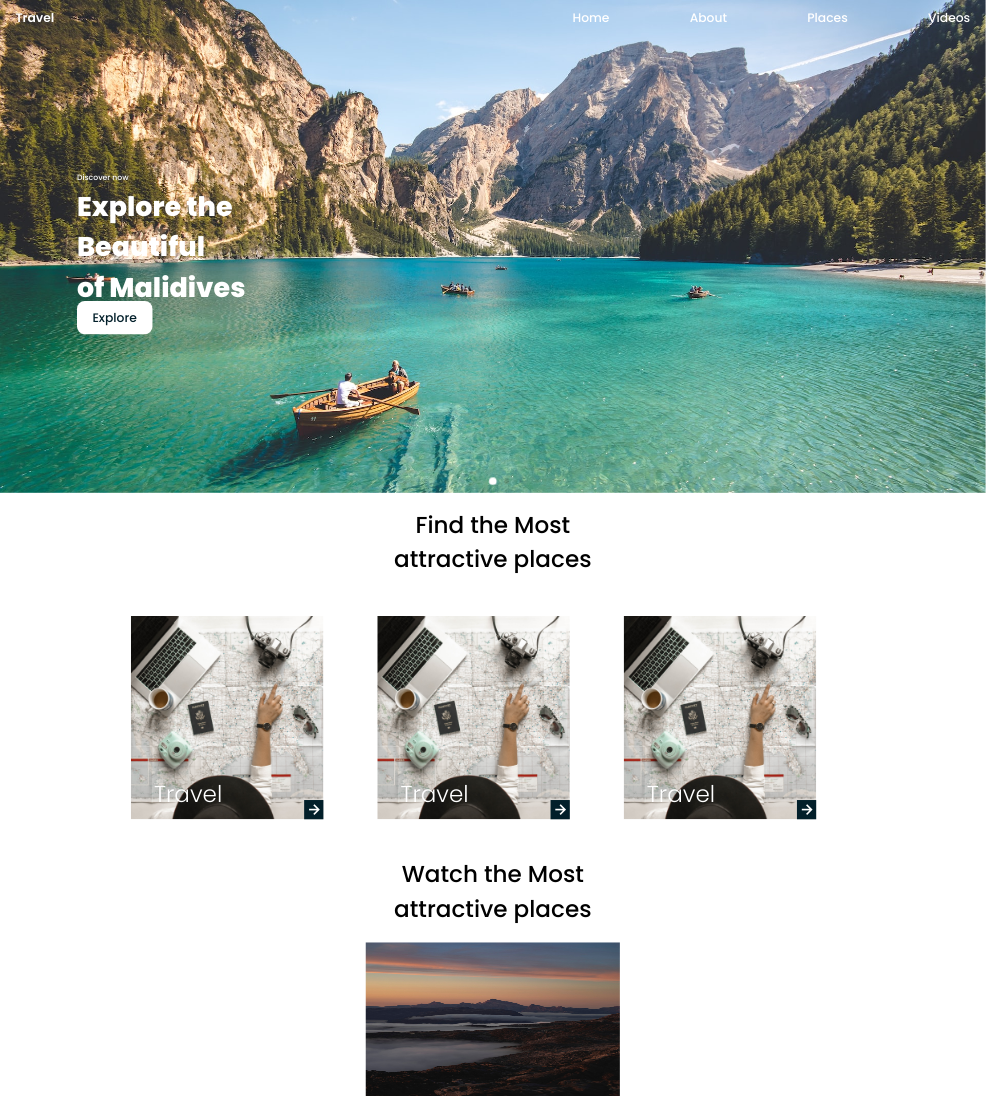
Repository: OmniaRafat232111121/Traveling
Page: index.html
The author's editor kept a copy of each file at every save. The page is drawn from the files as they stood at one save, then again after the next save.
The browser window is 1280 px wide. The pictures show the whole page, at 77% of full size.

Above is the page before, as saved 2022-12-20 11:48:31.

After the next save:
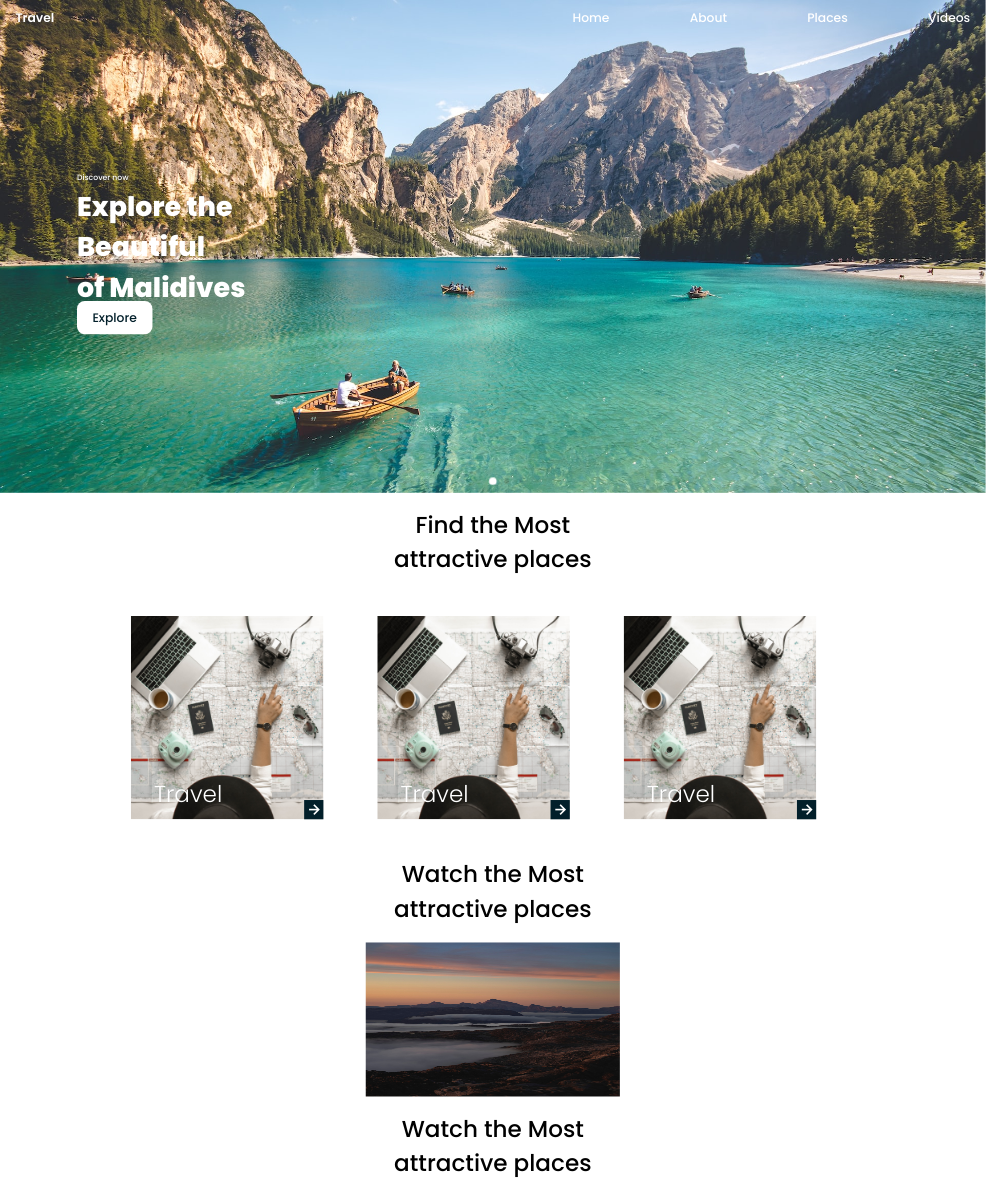
Saved 6 s later.
--- a/index.html
+++ b/index.html
@@ -122,6 +122,8 @@
 
    </section>
    <section class="about">
+     <div class="heading">
+        <h1>Watch the Most <br>attractive places</h1>
 
    </section>
 <!--swiper-->
